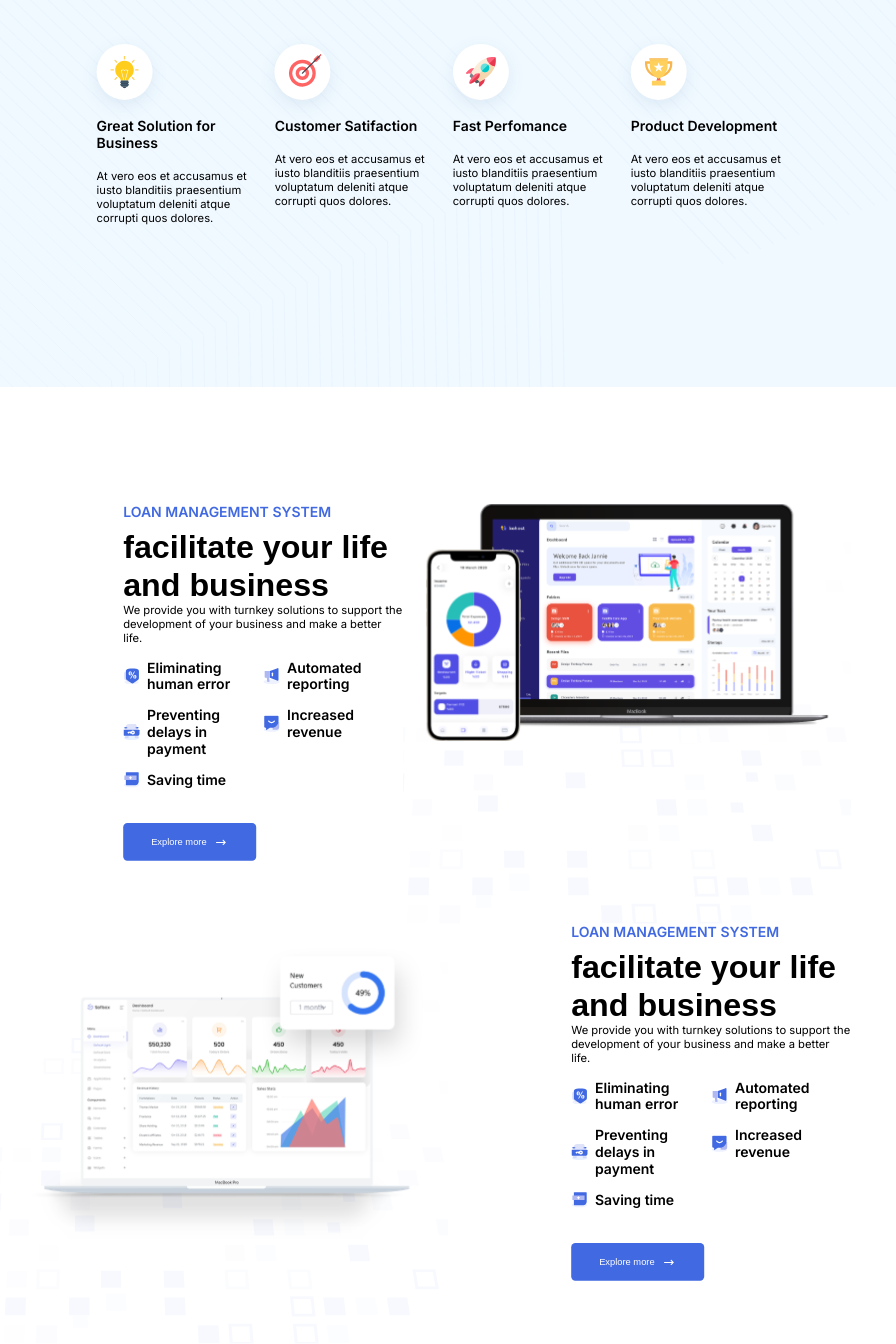
Repository: Chamsmey/static-html-css
Page: index.html
The author's editor kept a copy of each file at every save. The page is drawn from the files as they stood at one save, then again after a run of saves.
The browser window is 1280 px wide. The pictures show the part of the page from y = 1114 to 3034 px (the page is 3034 px tall), at 70% of full size.
Some web fonts or font styles are not loaded; a fallback is used.

Above is the page before, as saved 2022-11-15 16:47:31.

### index.html
<!DOCTYPE html>
<html lang="en">

<head>
    <meta charset="UTF-8">
    <meta http-equiv="X-UA-Compatible" content="IE=edge">
    <meta name="viewport" content="width=device-width, initial-scale=1.0">
    <title>Blue Tech Solution</title>
    <link rel="stylesheet" href="./css/style.css">
    <link rel="shortcut icon" href="./icons/BlueTech solution _ Logo.svg" type="image/x-icon">
</head>

<body>

    <!-- /// navbar  -->
    <div class="container">
        <nav>
            <div class="logo_group">
                <img src="./icons/BlueTech solution _ Logo.svg" alt="">
            </div>
            <ul class="nav_menu flex_evenly_center">
                <a href="#">
                    <li class="menu_items">Home</li>
                </a>
                <a href="#choose_us">
                    <li class="menu_items">Why choose us
                </a>
                <a href="#products">
                    <li class="menu_items">Products
                </a>
                <a href="#contact">
                    <li class="menu_items">Contact us
                </a>
                <a href="#faq">
                    <li class="menu_items">FAQs</li>
                </a>
            </ul>
            <button class="btn btn_primary">
                <img src="./icons/icon_play_circle.svg" alt="">
                <span>Request demo</span>
            </button>
        </nav>
        <!-- // home  -->
        <section id="home" class="">
            <!-- si=============side left ========= -->
            <div id="side_left" class="flex_beteen_center">

                <div id="follow_social">
                    <div class="icon_group flex_col">
                        <img class="follow_icon" width="15.02px" height="12.6px" src="./icons/icon_telegram.svg" alt="">
                        <img class="follow_icon" width="14.98px
                        " height="11.24px" src="./icons/icon_youtube.svg" alt="">
                        <img class="follow_icon" width="15px" height="15px" src="./icons/icon_linkedIn.svg" alt="">
                        <img class="follow_icon" width="7.5px" height="15px" src="./icons//Icon_facebook.svg" alt="">
                        <img class="follow_icon" width="2px" height="10px" src="./icons//icon_I.svg" alt="">

                        <h5 class="text_tranform text_sm text_center my_25"> Follow Us </h5>

                    </div>
                </div>
                <div id="content">
                    <div class="">
                        <h1 class="text_3xl" >True PowerFul Business Partner: <span class="text_3xl color_primary">Blue Tech </span>Solution</h1>
                        <p class="text_sm">Sed ut perspiciatis unde omnis iste natus error sit voluptatem
                            accusantium doloremque laudantium, totam rem aperiam, eaque ipsa quae ab
                            illo inventore veritatis et quasi architecto
                            beatae vitae dicta sunt explicabo.</p>
                    </div>
                    <div class="">
                        <div id="scroll_icon">
                            <h4 class="text_sm color_secodary">Scroll down to explore</h4>
                            <div class="icon_circle bg_primary ml_10">
                                <img src="./icons/icon_arrow_down_white.png" alt="">
                            </div>
                        </div>

                    </div>

                </div>
            </div>
            <!-- /////////////// side right  -->
            <div id="side_right">
                <img src="./images/home/01.jpg" alt="">
            </div>
        </section>
        </section>

        <!-- choose us -->
        <section id="choose_us" class="choose_us_section bg_primary">
            <div class="header">
                <div class="section_header">
                    <h4 class="text_sm color_primary text_upper mt_50">
                        Why our customer choose us?
                    </h4>
                    <h1 class="text_3xl my_10">
                        15 Years of Experiences
                        In IT Solutions
                    </h1>
                    <p class="text_sm my_10">
                        Doloremque laudantium, totam rem aperiam,
                        eaque ipsa quae ab illo inventore veritatis et quasi architecto beatae
                        vitae dicta sunt explicabo.
                    </p>
                </div>
            </div>
            <div class="card_group_items">
                <div class="card_group flex_beteen_start">
                    <div class="card">
                        <div class="card_header">
                            <div class="icon_circle bg_white icon_80x_80x box_shadow">
                                <img src="./icons/icon_light.svg" alt="">
                            </div>
                        </div>
                        <div class="card_body">
                            <h4 class="text_sm my_25">Great Solution for Business</h4>
                            <p class="text_ms my_10">At vero eos et accusamus et iusto blanditiis praesentium
                                voluptatum deleniti atque corrupti quos dolores.</p>
                        </div>
                    </div>
                    <div class="card">
                        <div class="card_header">
                            <div class="icon_circle bg_white icon_80x_80x box_shadow">
                                <img class="posttion_absolute_center" src="./icons/icon_focus.svg" alt="">
                            </div>
                        </div>
                        <div class="card_body">
                            <h4 class="text_sm my_25">Customer Satifaction</h4>
                            <p class="text_ms my_10">At vero eos et accusamus et iusto blanditiis praesentium
                                voluptatum deleniti atque corrupti quos dolores.</p>
                        </div>
                    </div>
                    <div class="card">
                        <div class="card_header">
                            <div class="icon_circle bg_white icon_80x_80x box_shadow">
                                <img src="./icons/icon_rocket.svg" alt="">
                            </div>
                        </div>
                        <div class="card_body">
                            <h4 class="text_sm my_25">Fast Perfomance</h4>
                            <p class="text_ms my_10">
                                At vero eos et accusamus et iusto blanditiis praesentium
                                voluptatum deleniti atque corrupti quos dolores.</p>
                        </div>
                    </div>
                    <div class="card">
                        <div class="card_header">
                            <div class="icon_circle bg_white icon_80x_80x box_shadow">
                                <img src="./icons/icon_champion.svg" alt="">
                            </div>
                        </div>
                        <div class="card_body">
                            <h4 class="text_sm my_25">Product Development</h4>
                            <p class="text_ms my_10">At vero eos et accusamus et iusto blanditiis praesentium
                                voluptatum deleniti atque corrupti quos dolores.</p>
                        </div>
                    </div>
                </div>
            </div>
            <div class="scroll_bar">
                <h4 class="scroll_bar_title text_sm text_tranform py_30">
                 Scroll to top
                </h4>

                <div class="bar">
                    <img src="./icons/icon_scroll_bar.svg" alt="">
                </div>
            </div>
        </section>
    </div>
    <div>

    </div>
    <!-- product  -->
    <div class="container">
        <section id="products" class="products_section">
            <div class="product_description">
                <h4 class="text_sm text_upper color_primary">Loan Management system</h4>
                <h1 class="text_3xl mt_10">
                    facilitate your life and business
                </h1>
                <p class="text_ms">We provide you with turnkey solutions to support the development
                    of your business and make a better life.</p>
                    <div class="product_values flex_beteen_start">
                        <div class="product_value flex_align_center mt_20">
                            <img src="./icons/icon_percent.svg" alt="">
                            <p class="text_sm text_simibold ml_20">Eliminating human error</p>
                        </div>
                        <div class="product_value flex_align_center mt_20">
                            <img src="./icons/icon_micro.svg" alt="">
                            <p class="text_sm text_simibold ml_20">Automated reporting</p>
                        </div>
                        <div class="product_value flex_align_center mt_20">
                            <img src="./icons/icon_prevent.svg" alt="">
                            <p class="text_sm text_simibold ml_20">Preventing delays in payment</p>
                        </div>
                        <div class="product_value flex_align_center mt_20">
                            <img src="./icons/icon_sms.svg" alt="">
                            <p class="text_sm text_simibold ml_20">Increased revenue</p>
                        </div>
                        <div class="product_value flex_align_center mt_20">
                            <img src="./icons/icon_save.svg" alt="">
                            <p class="text_sm text_simibold ml_20">Saving time</p>
                        </div>
                    </div>
                <button class="btn btn_primary mt_50"><a href="#" class="color_white">Explore more</a> <img src="./icons/icon_arrow_right.svg" alt=""></button>
            </div>
            <div class="product_bg">
                <img src="./images/product.svg" alt="">

            </div>

        </section>
        <section id="products" class="products_section">
            <div class="product_bg">
                <img src="./images/products/products.svg" alt="">
            </div>
            <div class="product_description">
                <h4 class="text_sm text_upper color_primary">Loan Management system</h4>
                <h1 class="text_3xl mt_10">
                    facilitate your life and business
                </h1>
                <p class="text_ms">We provide you with turnkey solutions to support the development
                    of your business and make a better life.</p>
                    <div class="product_values flex_beteen_start">
                        <div class="product_value flex_align_center mt_20">
                            <img src="./icons/icon_percent.svg" alt="">
                            <p class="text_sm text_simibold ml_20">Eliminating human error</p>
                        </div>
                        <div class="product_value flex_align_center mt_20">
                            <img src="./icons/icon_micro.svg" alt="">
                            <p class="text_sm text_simibold ml_20">Automated reporting</p>
                        </div>
                        <div class="product_value flex_align_center mt_20">
                            <img src="./icons/icon_prevent.svg" alt="">
                            <p class="text_sm text_simibold ml_20">Preventing delays in payment</p>
                        </div>
                        <div class="product_value flex_align_center mt_20">
                            <img src="./icons/icon_sms.svg" alt="">
                            <p class="text_sm text_simibold ml_20">Increased revenue</p>
                        </div>
                        <div class="product_value flex_align_center mt_20">
                            <img src="./icons/icon_save.svg" alt="">
                            <p class="text_sm text_simibold ml_20">Saving time</p>
                        </div>
                    </div>
                <button class="btn btn_primary mt_50"><a href="#" class="color_white">Explore more</a> <img src="./icons/icon_arrow_right.svg" alt=""></button>
            </div>


        </section>

    </div>
    <!-- contact  -->
    <section id="contact" class="contact_us_section">

    </section>

    <!-- FAQs  -->
    <section id="faq" class="faq_section">

    </section>
    </div>

    <!-- footer -->
    <footer>

    </footer>
</body>

</html>

### css/style.css
@import url("https://fonts.cdnfonts.com/css/recoleta");
@import url("https://fonts.googleapis.com/css2?family=Inter:wght@100;200;300;400;500;600&family=Open+Sans:ital,wght@0,300;0,400;1,300&display=swap");

* {
  padding: 0;
  margin: 0;
  box-sizing: border-box;
  scroll-behavior: smooth;
}
/* root  */
:root {
  /* color  */
  --color-primary: #4169e1;
  --color-secondary: #262856;
  --bg-color-:#F0F9FF
;
  --color-black: #292d33;
  --color-red: #c14040;
  --color-background: #f1f6fa;
  /* // font size  */
  --text-headline-1: 46px;
  --text-headline-2: 38px;
  --text-headline-3: 30px;
  --text-headline-4: 22px;
  --text-headline-6:18px;
  --text-paragraph-1: 20px;
  --text-paragraph-2: 16px;
  --text-paragraph-3:14px;
  /* // font  family  */
  --heading-font: "Recoleta", sans-serif;
  --paragraph-font: "Open Sans", sans-serif;
  --sub-heading-font: "Inter", sans-serif;
}
/* nav/ */
.color_primary {
  color: var(--color-primary);
}
.color_secodary{
  color: var(--color-secondary);
}
.bg_white{
  background:#fff;
}

/* // text style  */
.text_sm{
  font-size: var(--text-paragraph-1);
  font-family: var(--sub-heading-font);

}
.text_ms{
  font-size: var(--text-paragraph-2);
  font-family: var(--sub-heading-font);
}
.text_3xl{
  font-size: var(--text-headline-1);
  font-family: var(--heading-font);
}
h1{
  font-size: var(--text-headline-1);
  font-family: var(--heading-font);
}

.text_2xl{
  font-size: var(--text-headline-2);
  font-family: var(--heading-font);
}
h2{
  font-size: var(--text-headline-2);
  font-family: var(--heading-font);
}
.text_xl{
  font-size: var(--text-headline-3);
  font-family: var(--heading-font);
}
h3{
  font-size: var(--text-headline-3);
  font-family: var(--heading-font);
}
.text_md{
  font-family: var(--sub-heading-font);
  font-size: var( --text-headline-2);
}
h4{
  font-family: var(--sub-heading-font);
  font-size: var( --text-headline-2);
}
.text_sm_bold{
  font-size: 700;
}

.text_thin{
  font-weight: 400;
}
.text_simibold{
  font-weight: 600;
}
.text_bold{
  font-weight: 700;
}
.text_upper{
  text-transform: uppercase;
}
.text_center {
  text-align: center;
}
.ml_10{
  margin-left: 10px;
}
/* // margin  */
.my_25{
  margin: 25px 0;
}

.my_10{
  margin: 10px 0;
}
.mt_50 {
  margin-top: 50px;
}

.mt_30 {
  margin-top: 30px;
}
.mt_50{
  margin-top: 50px;
}
.mt_20{
  margin-top: 20px;
}
.mt_10{
  margin-top: 10px;
}
.ml_10{
  margin-left: 20px;
}
.ml_20{
  margin-left: 10px;
}

/* // padding */
.px_20{
    padding: 0 20px;
}
.py_10{
  padding: 10px 0;
}

.py_30{
  padding: 30px 0;
}
.px_30{
    padding: 0 30px;
}

/* // flexbox */
.flex_beteen_center {
    display: flex;
    justify-content: space-between;
    flex-wrap: wrap;
    align-items: center;
  }
  .flex_align_center{
    display: flex;
    align-items: center;
  }
  .flex_beteen_start {
    display: flex;
    justify-content: space-between;
    flex-wrap: wrap;
    align-items: flex-start;
  }
  .flex_evenly_center {
    display: flex;
    justify-content: space-evenly;
    flex-wrap: wrap;
    align-items: center;
  }

  .postion_absolute{
    position:absolute;
  }


.box_shadow{
  box-shadow: 0px 8px 24px rgba(53, 95, 158, 0.1);
}
/* ============ */

.container{
  width: 100%;
  margin: auto;
  margin-top: 50px;
}
nav {
  width: 80%;
  margin: 27px auto;
  display: flex;
  justify-content: space-between;
  align-items: center;
}


.nav_menu {
  width: 50%;
  list-style-type: none;
  box-sizing: border-box;
}
a {
  color: var(--color-black);
}
.menu_items {
  color: black;
/* margin-right: 10%; */
  font-family: "Inter", sans-serif;
  font-style: normal;
  font-weight: 400;
  font-size: 16px;
}
a {
  text-decoration: none;
}

.bg_primary {
  background: var(--color-primary);
}
.btn {
  Width:190px;
  Height:54px;
  display: flex;
  flex-direction: row;
  justify-content: space-evenly;
  align-items: center;
  padding: 11px 30px;
  border: none;
  border-radius: 6px;
}
.btn_primary{
  color: white;
  background:var(--color-primary);

}
.color_white{
  color: white;
}
/* home  */
#home {
    width: 100%;
    display: flex;
    margin: auto;
    justify-content: space-evenly;
}

.h1_title {
  font-size: 46px;
  font-family: var(--heading-font);
}
#side_left {
    width: 50%;
    padding: 1rem;
    display: flex;
    justify-content: space-between;
    /* background: red; */
}
#side_right{
  width: 50%;
  background-image: url(../images/home/frame_home.svg);
  background-position: center;
  background-repeat: no-repeat;
  background-size: cover;
  /* overflow: hidden; */

  display: flex;
  /* align-items: center; */
  /* background: green; */
}
#side_right img {
  width: 80%;
height: 509px;

}
#content {
    width: 80%;

    /* margin-top: 1rem; */
    /* padding:0em 8em ; */
    /* background: #d/dd; */
}
.flex_col {
  display: flex;
  flex-direction: column;
  flex-wrap: wrap;
}
.follow_icon {
  flex: 1;

  margin: 10px auto 10px auto;
}
#follow_social {
  margin-top: 4em;

}
.text_tranform {
  transform: rotate(-90deg);
}

#scroll_icon{
    margin-top: 4em;
    display: flex;
    align-items: center;
}
.posttion_absolute_center{
  position: absolute;
  left: 55%;
  top:48%;
  transform:translate(-50%, -50%);
}
.icon_circle{
  position: relative;
    width: 36px;
    padding: 5px;
    height: 36px;
    display: flex;
    justify-content: center;
    align-items: center;
    border-radius: 50%;
}

/* choose section  */
.choose_us_section{

  width: 100%;
  position: relative;
  background:var(--bg-color-);
  background-image: url(../images/choose_page/frame_choose_us.svg);
  margin: 167px auto;
  display: flex;
  flex-direction: column;
  height: 852px;


}
.section_header{
  height: 352px;

  ;
}

.header .section_header{
  width: 49%;
  text-align: center;
  padding: 10px;
  display: flex;
  flex-direction: column;
  align-items: center;
  margin: auto;

}
.card_group_items{

  width: 80%;
  padding: 10px;
  display: block;
  margin: auto;
}
.card_group{
  height: 500px;
  /* background: #000; */

}
.card{
  width: 24%;
height: 300px;
/* background:gray; */

}

.icon_80x_80x{
  width: 80px;
  height: 80px;
}
.icon_center{
  left: 31.8%;

}

.scroll_bar{
  position: fixed;
  z-index: 10;
  display: flex;

  flex-direction: column;
  justify-content: space-between;
  align-items:center;
  width: 50px;
  height: 200px;
  /* background: red; */
  left: 1100px;
  top: 200px;

}

.scroll_bar_title{
    column-width: auto;
    width: 140px;
    padding-left: 0px;
    /* background: blue; */
}


/* ========productsection ===== */

.products_section{
  width: 100%;
  padding: 0 ;
  margin: auto;
  height: 600px;

  display: flex;
  /* justify-content: space-between; */
/* background: #ddd; */
}

.product_description{
 width: 45%;
  /* background:red; */
  padding-left: 11em;
}
.product_value{
  width: 50%;
}
.product_bg{
  width: 50%;
  /* background: #000; */
  display: flex;
  justify-content:center;
  align-items: flex-start;
  background-image: url(../images/products/frame_pro_section.svg);
  /* background-color: #cccccc;  */
  background-position: center;
  background-repeat: no-repeat;
  background-size: cover;
}

.product_bg img{
  width: 90%;
  box-sizing: border-box;
}

After the next 4 saves:
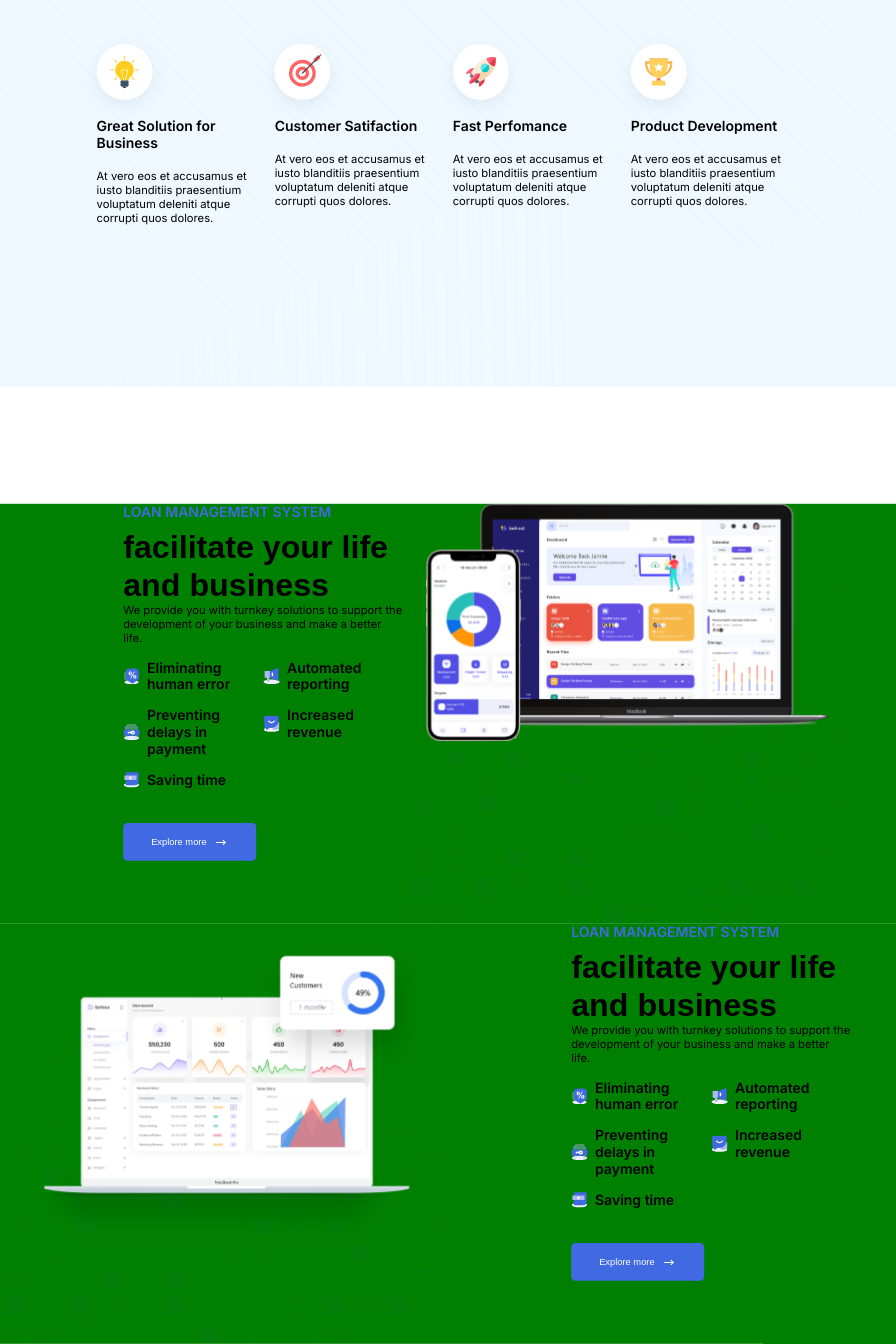
The 4 saves are shown as one change because they came seconds apart.
The last was saved 21 s later.
--- a/css/style.css
+++ b/css/style.css
@@ -415,6 +415,7 @@ height: 300px;
   padding: 0 ;
   margin: auto;
   height: 600px;
+  background: green;
 
   display: flex;
   /* justify-content: space-between; */
